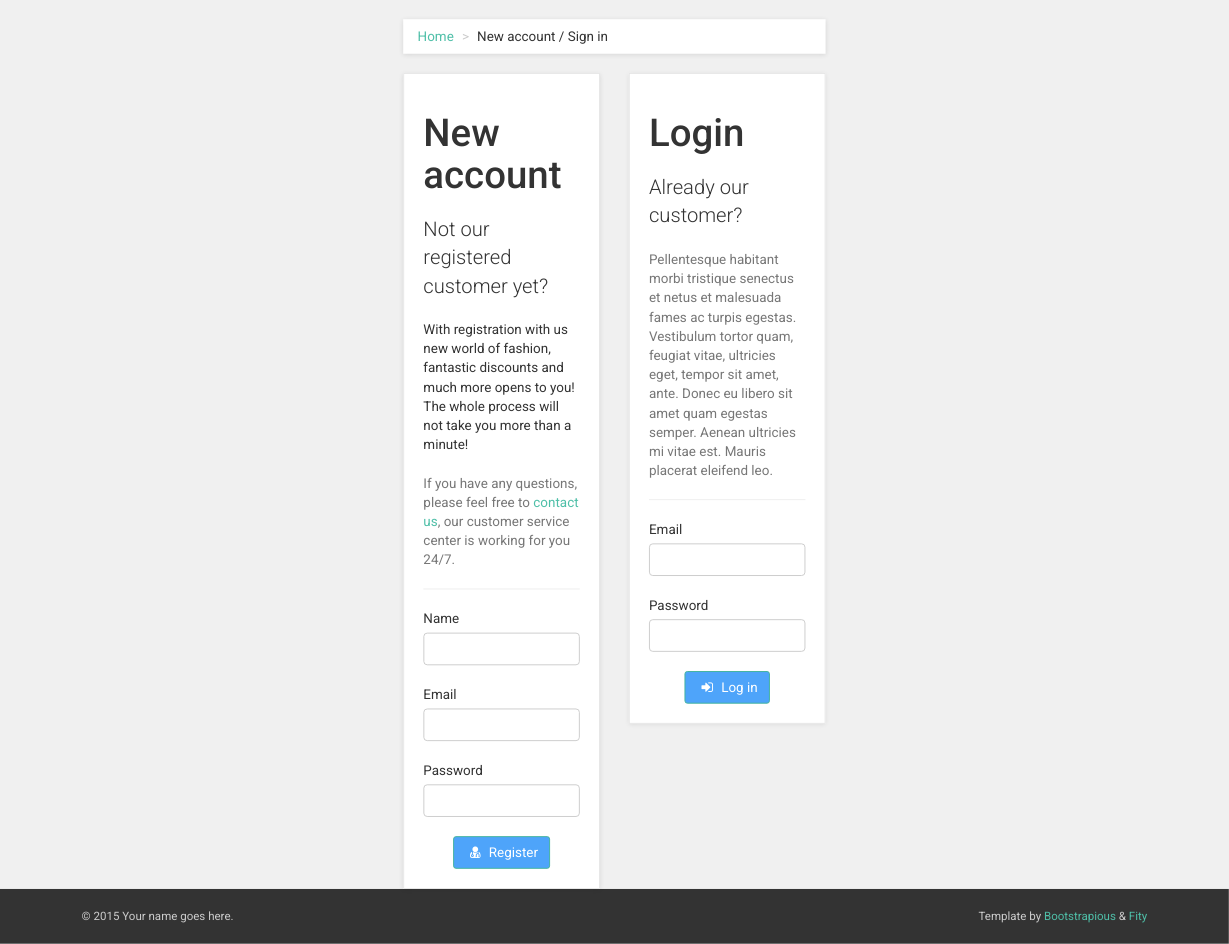
Repository: Sagnikb9/JavaDevops-Ecommerce
Page: http://localhost/MedioxyPharm/register
The author's editor kept a copy of each file at every save. The page is drawn from the files as they stood at one save, then again after the next save.
The browser window is 1280 px wide. The pictures show the whole page, at 96% of full size.
The page is served by Tomcat 9.

Above is the page before, as saved 2017-10-01 23:12:02.

After the next save:
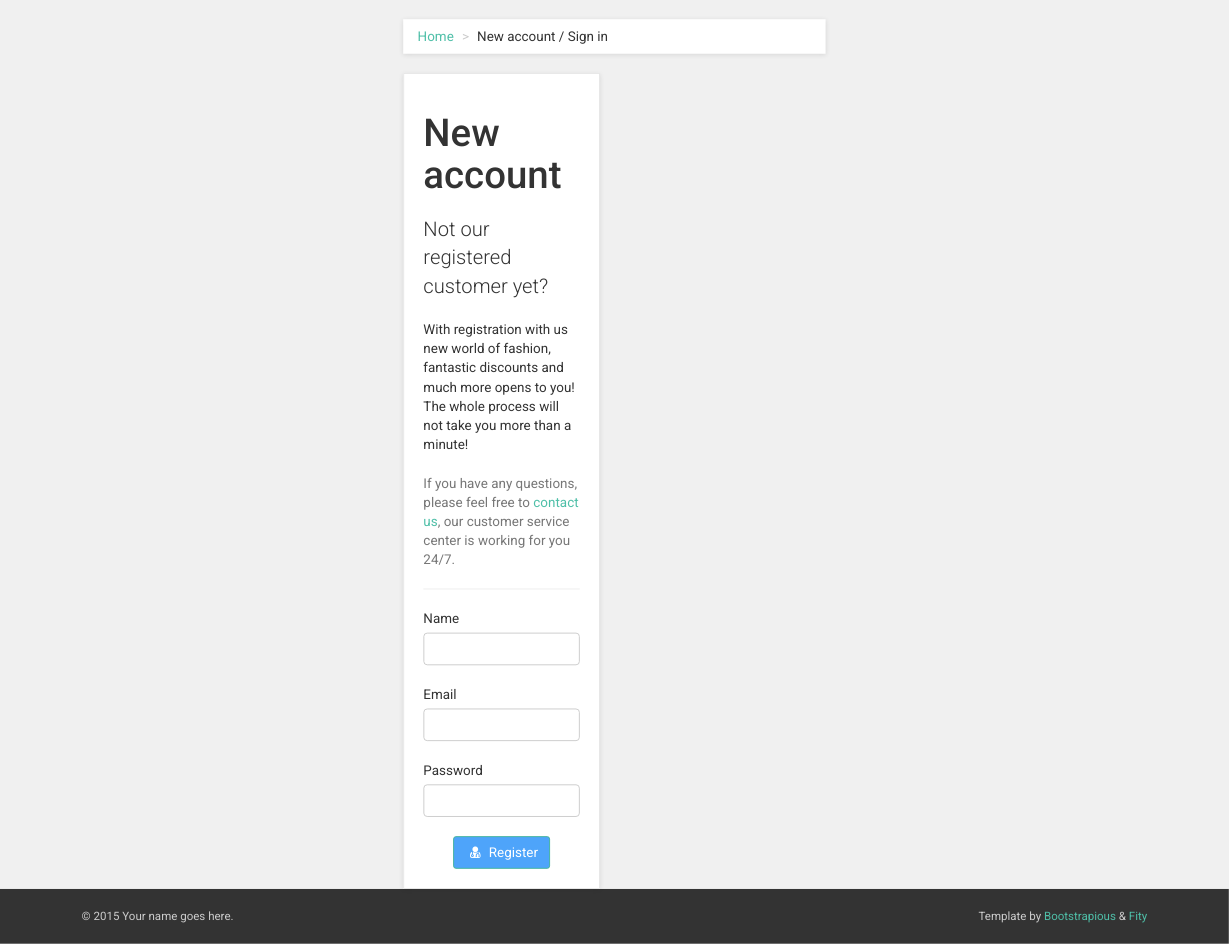
Saved 26 s later.
--- a/MedioxyPharm/src/main/webapp/WEB-INF/views/register.jsp
+++ b/MedioxyPharm/src/main/webapp/WEB-INF/views/register.jsp
@@ -97,31 +97,7 @@
                     </div>
                 </div>
 
-                <div class="col-md-6">
-                    <div class="box">
-                        <h1>Login</h1>
 
-                        <p class="lead">Already our customer?</p>
-                        <p class="text-muted">Pellentesque habitant morbi tristique senectus et netus et malesuada fames ac turpis egestas. Vestibulum tortor quam, feugiat vitae, ultricies eget, tempor sit amet, ante. Donec eu libero sit amet quam egestas semper. Aenean ultricies
-                            mi vitae est. Mauris placerat eleifend leo.</p>
-
-                        <hr>
-
-                        <form action="customer-orders.html" method="post">
-                            <div class="form-group">
-                                <label for="email">Email</label>
-                                <input type="text" class="form-control" id="email">
-                            </div>
-                            <div class="form-group">
-                                <label for="password">Password</label>
-                                <input type="password" class="form-control" id="password">
-                            </div>
-                            <div class="text-center">
-                                <button type="submit" class="btn btn-primary"><i class="fa fa-sign-in"></i> Log in</button>
-                            </div>
-                        </form>
-                    </div>
-                </div>
 
 
             </div>
